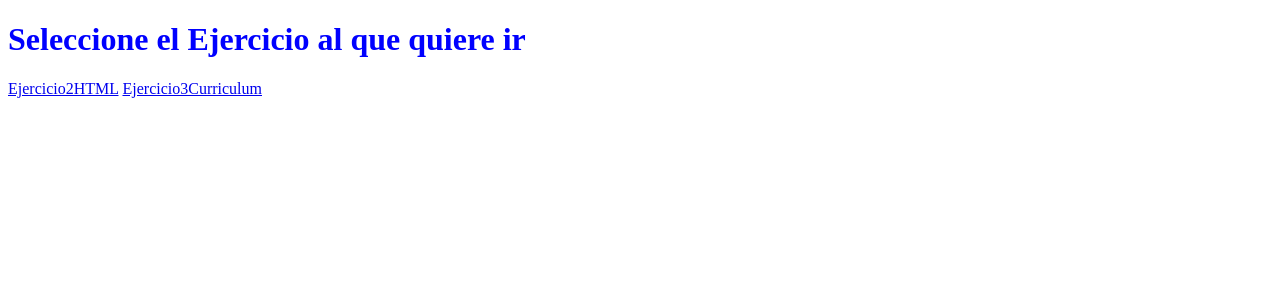
Repository: salvadorsobrino/Ejercicio4JavaTomCat
Page: http://localhost/Ejercicio4/
These files come from the project's save history. The page is drawn as it stood at one moment and after the next save; the edit follows.
The browser window is 1280 px wide. The pictures show the whole page.
The page is served by Tomcat 9.

Above is the page before, as saved 2022-03-10 17:41:21.

After the next save:
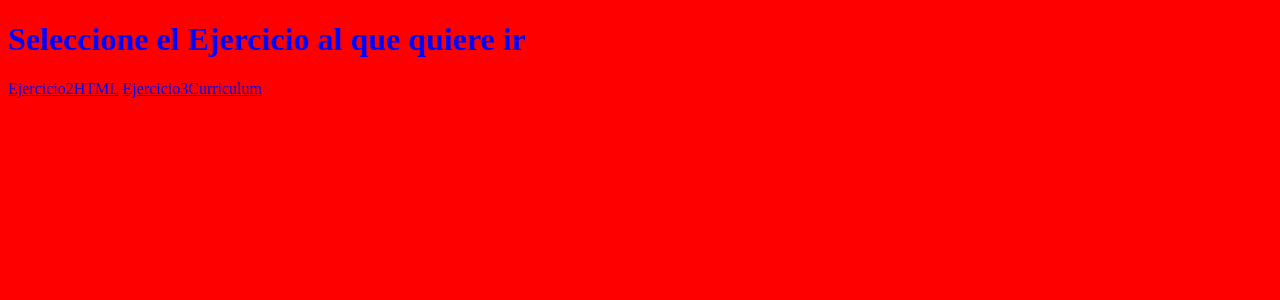
Saved 8 s later.
--- a/Ejercicio4/src/main/webapp/index.css
+++ b/Ejercicio4/src/main/webapp/index.css
@@ -3,6 +3,6 @@
 	 color: blue;
 }
 body{
-	background-color: rgb (230,230,250);
+	background-color: red;
     background-size: cover;
 }

After the save that followed:
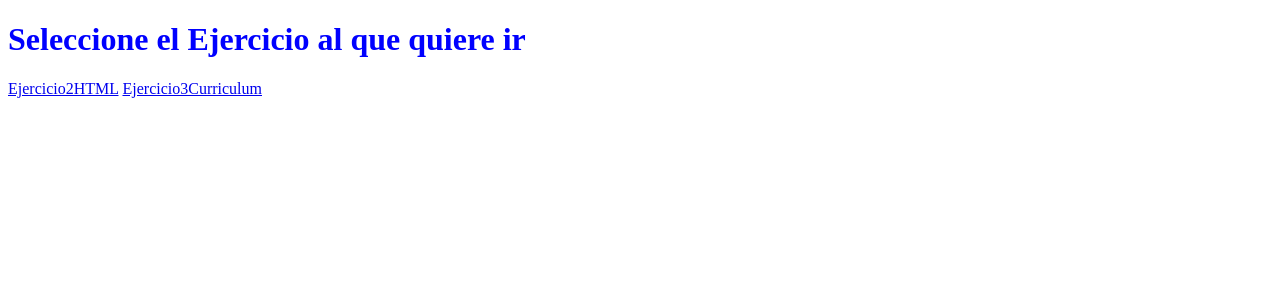
Saved 19 s later.
--- a/Ejercicio4/src/main/webapp/index.css
+++ b/Ejercicio4/src/main/webapp/index.css
@@ -3,6 +3,5 @@
 	 color: blue;
 }
 body{
-	background-color: red;
     background-size: cover;
 }
